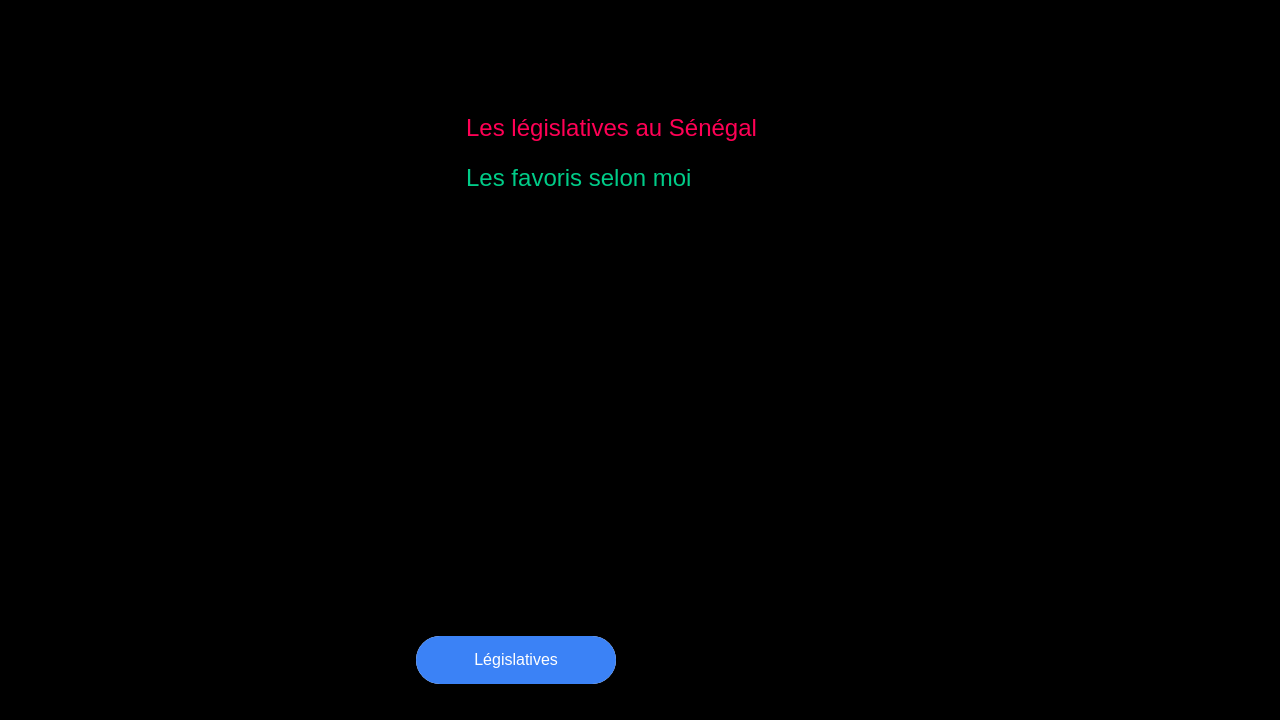
Repository: MDiouf9/legislatives
Page: /
These files come from the project's save history. The page is drawn as it stood at one moment and after a run of saves; the edit follows.
The browser window is 1280 px wide. The pictures show the whole page.
The project was rebuilt for these pictures with package versions that can differ from the ones it lists, and the page was loaded fresh each time. The framework's server and built-in components were replaced by stand-ins that run in the browser. Also part of the build but not shown: next.config.ts.

Above is the page before, as saved 2024-10-31 23:31:57.

After the next 3 saves:
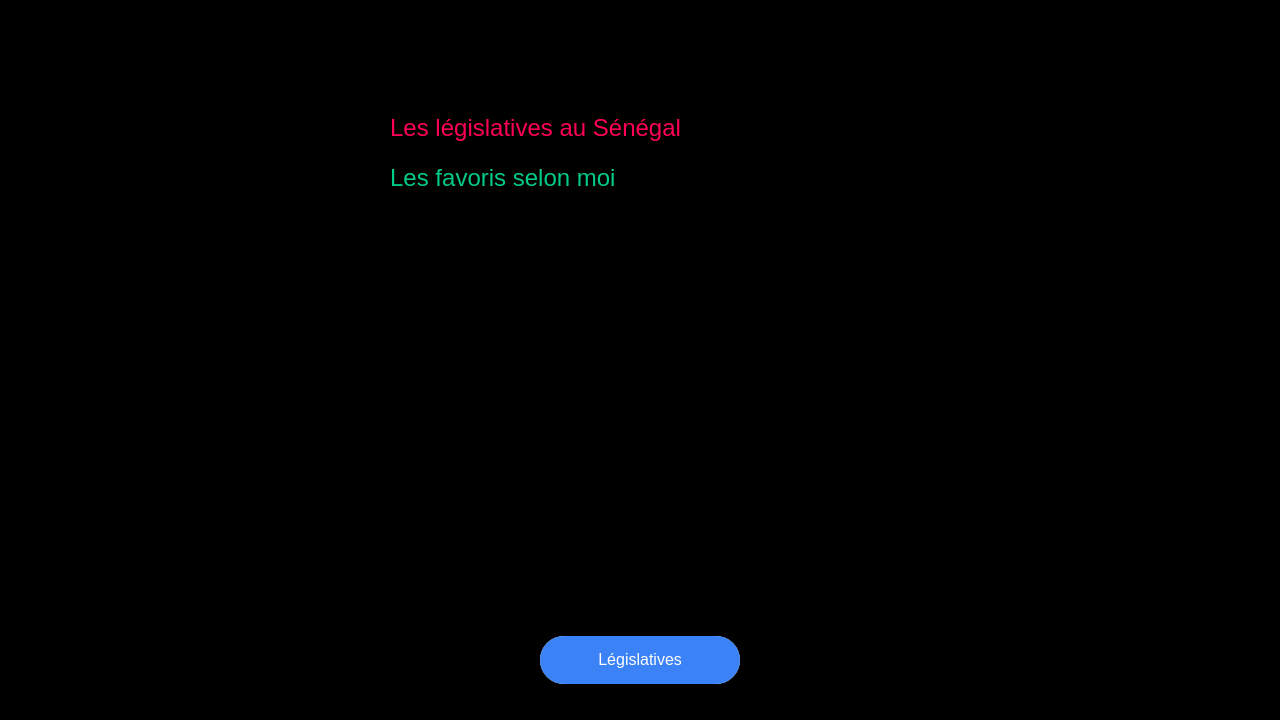
The 3 saves are shown as one change because they came seconds apart.
The last was saved 12 s later.
--- a/src/app/page.tsx
+++ b/src/app/page.tsx
@@ -12,7 +12,7 @@ export default function Page() {
   <div className="flex justify-center items-center min-h-screen">
 
    <div className="max-w-md ">
-      <div className=" flex flex-col justify-center ">
+      <div className=" flex flex-col justify-center items-center ">
            <Text/>
           <Boutton/>
       </div>
